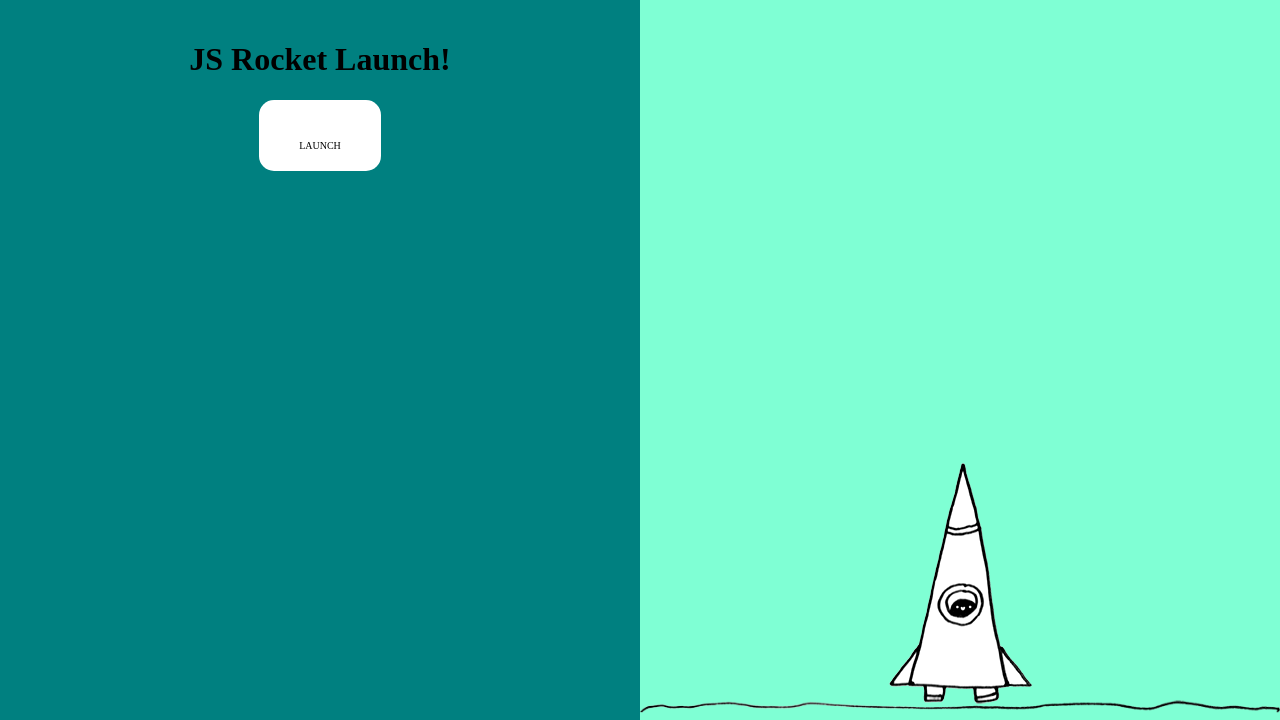
Repository: alcarrizo/Rocket-launch
Page: index.html
The author's editor kept a copy of each file at every save. The page is drawn from the files as they stood at one save, then again after the next save.
The browser window is 1280 px wide. The pictures show the whole page.

Above is the page before, as saved 2022-10-20 23:00:55.

After the next save:
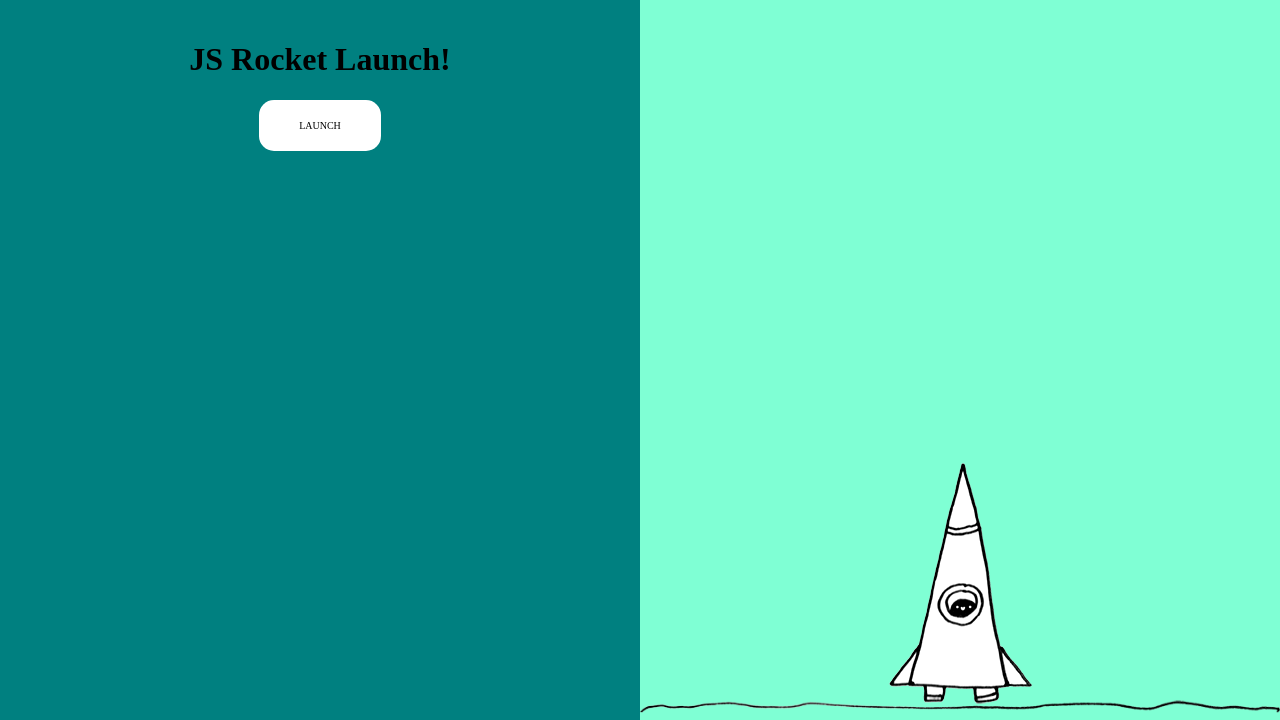
Saved 10 s later.
--- a/css/style.css
+++ b/css/style.css
@@ -103,7 +103,6 @@ a.button {
     border-radius: 15px;
     text-transform: uppercase;
     text-align: center;
-    padding-top: 40px;
     font-size: 10px;
 
 }
